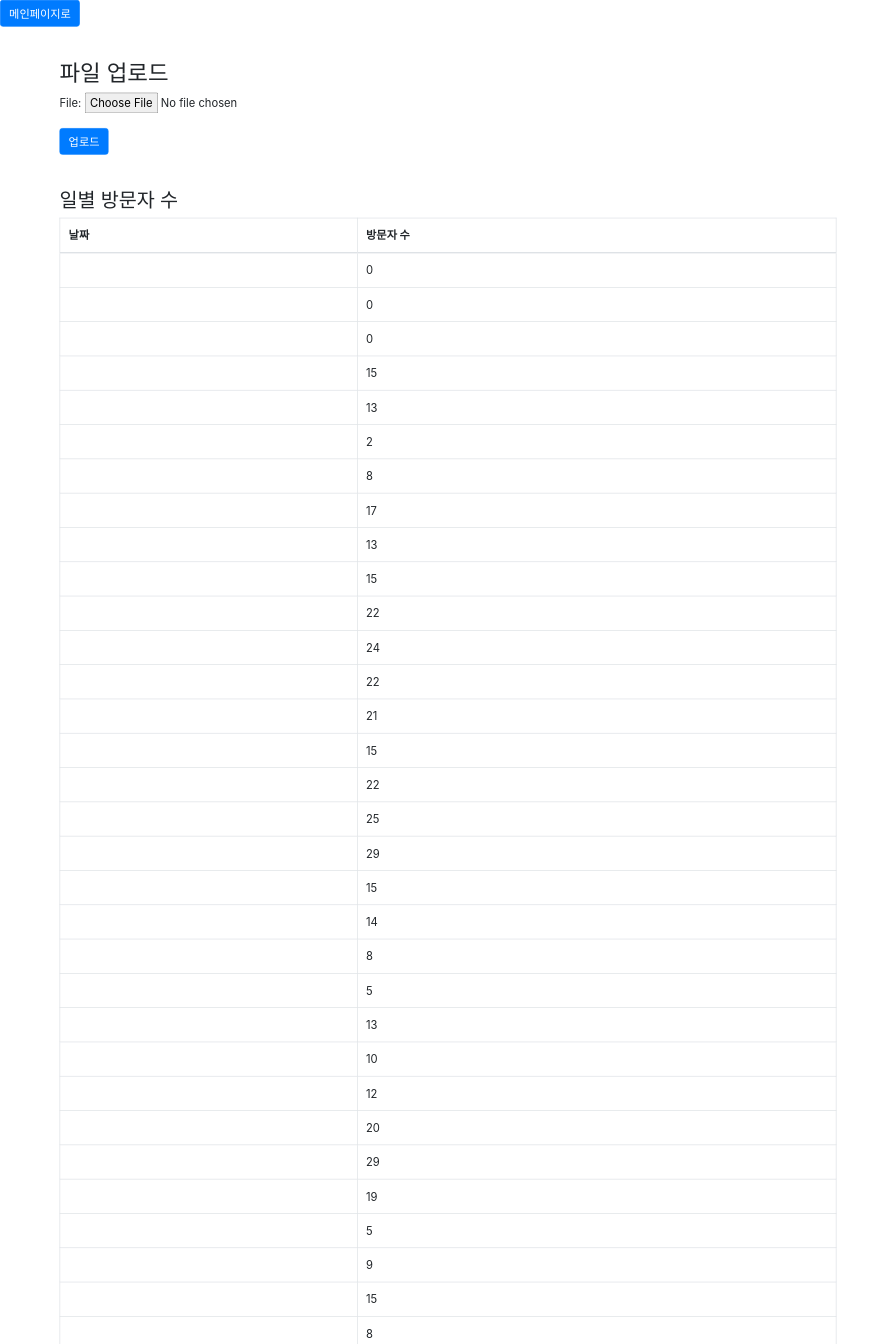
Repository: leeenzang/realmo
Page: http://localhost/file_upload/upload/
These files come from the project's save history. The page is drawn as it stood at one moment and after the next save; the edit follows.
The browser window is 1280 px wide. The pictures show the part of the page from y = 0 to 1920 px (the page is 2828 px tall), at 70% of full size.
The page is served by the project's application, run on Django 4.2 (manage.py). The page reads the database file committed with the project.

Above is the page before, as saved 2023-08-24 21:19:01.

After the next save:
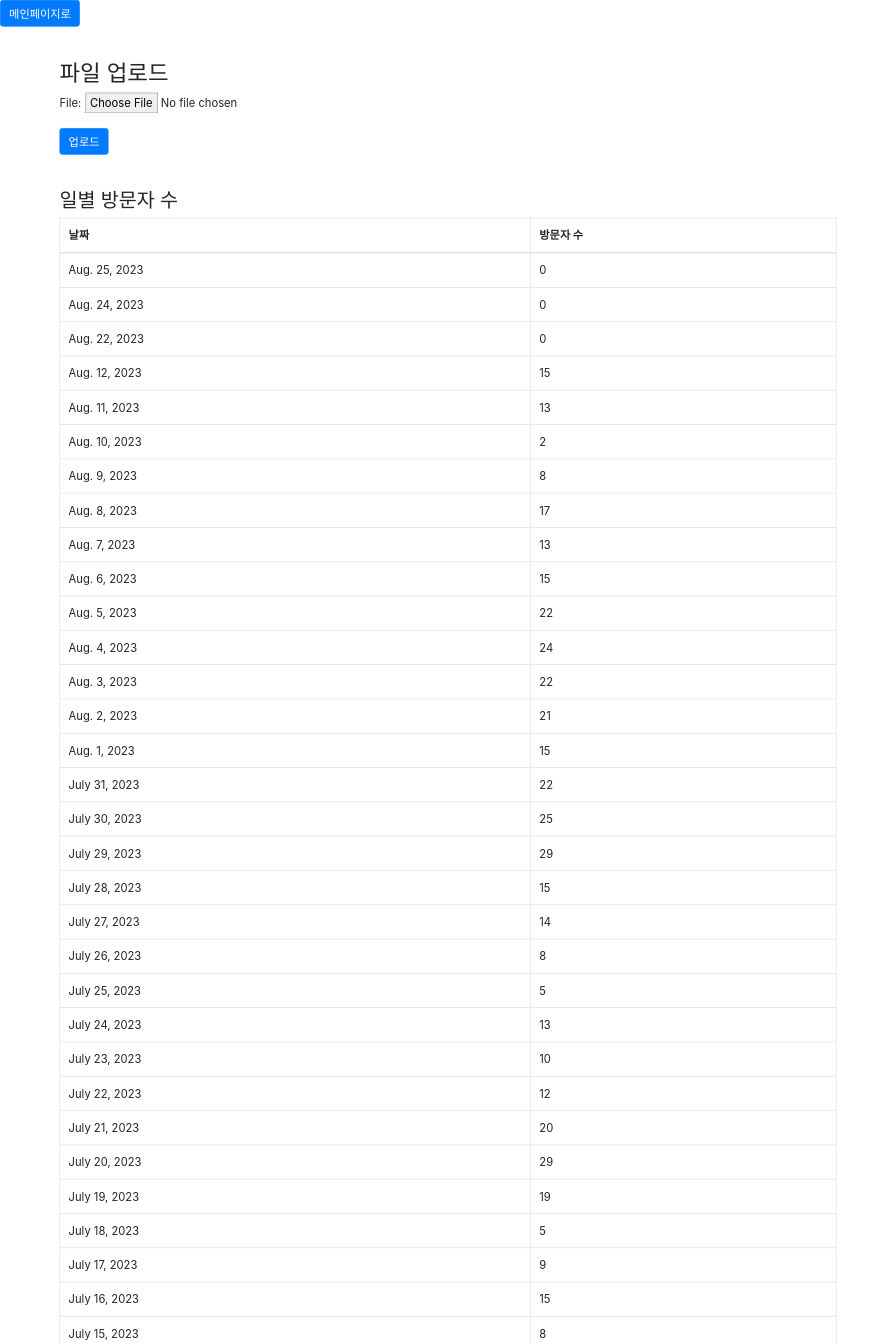
Saved 10 min 30 s later.
--- a/file_upload/templates/file_upload/upload.html
+++ b/file_upload/templates/file_upload/upload.html
@@ -30,7 +30,7 @@
         <tbody>
             {% for entry in daily_visitors %}
             <tr>
-                <td>{{ entry.사용일 }}</td>
+                <td>{{ entry.date }}</td>
                 <td>{{ entry.new_visitors_count }}</td>
             </tr>
             {% endfor %}
